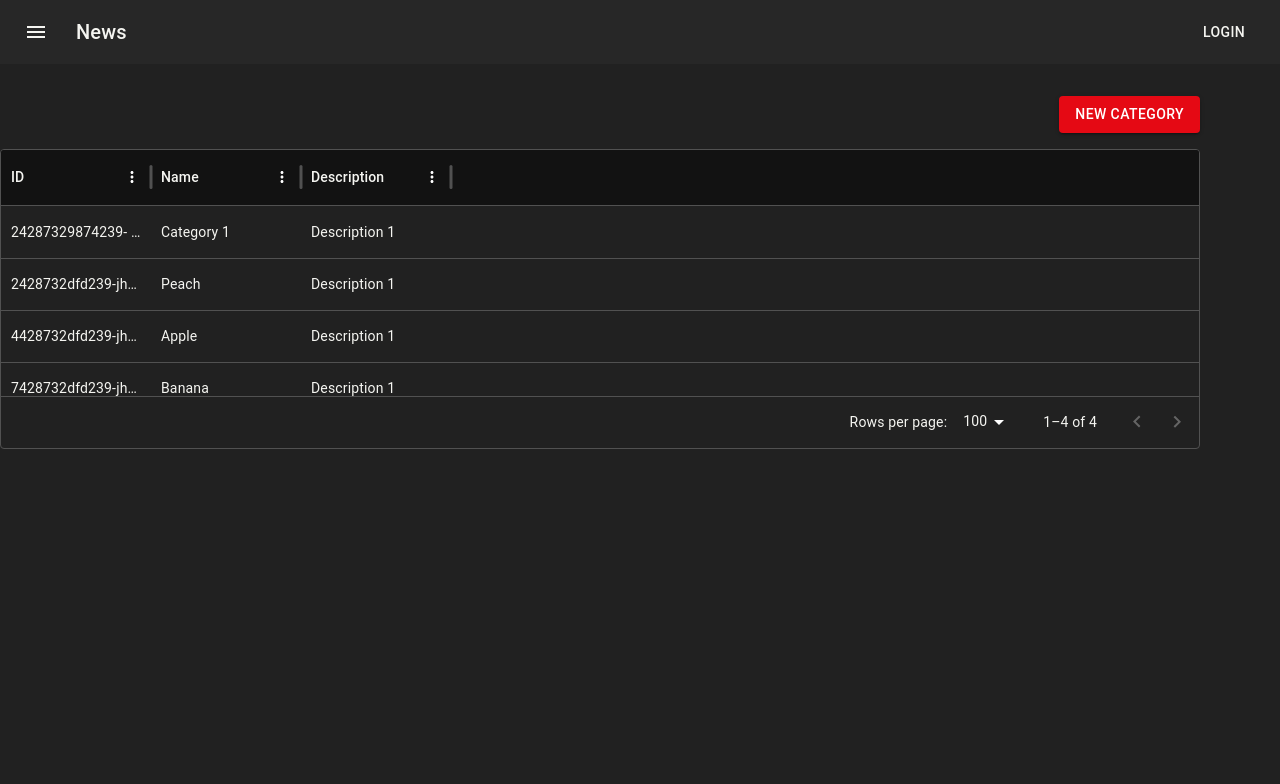
Repository: brunogyn88/codeflix-frontend
Page: /
These files come from the project's save history. The page is drawn as it stood at one moment and after the next save; the edit follows.
The browser window is 1280 px wide. The pictures show the whole page.
The project was rebuilt for these pictures with package versions that can differ from the ones it lists, and the page was loaded fresh each time. The framework's server and built-in components were replaced by stand-ins that run in the browser. Also part of the build but not shown: next.config.mjs.

Above is the page before, as saved 2023-08-30 22:19:48.

After the next save:
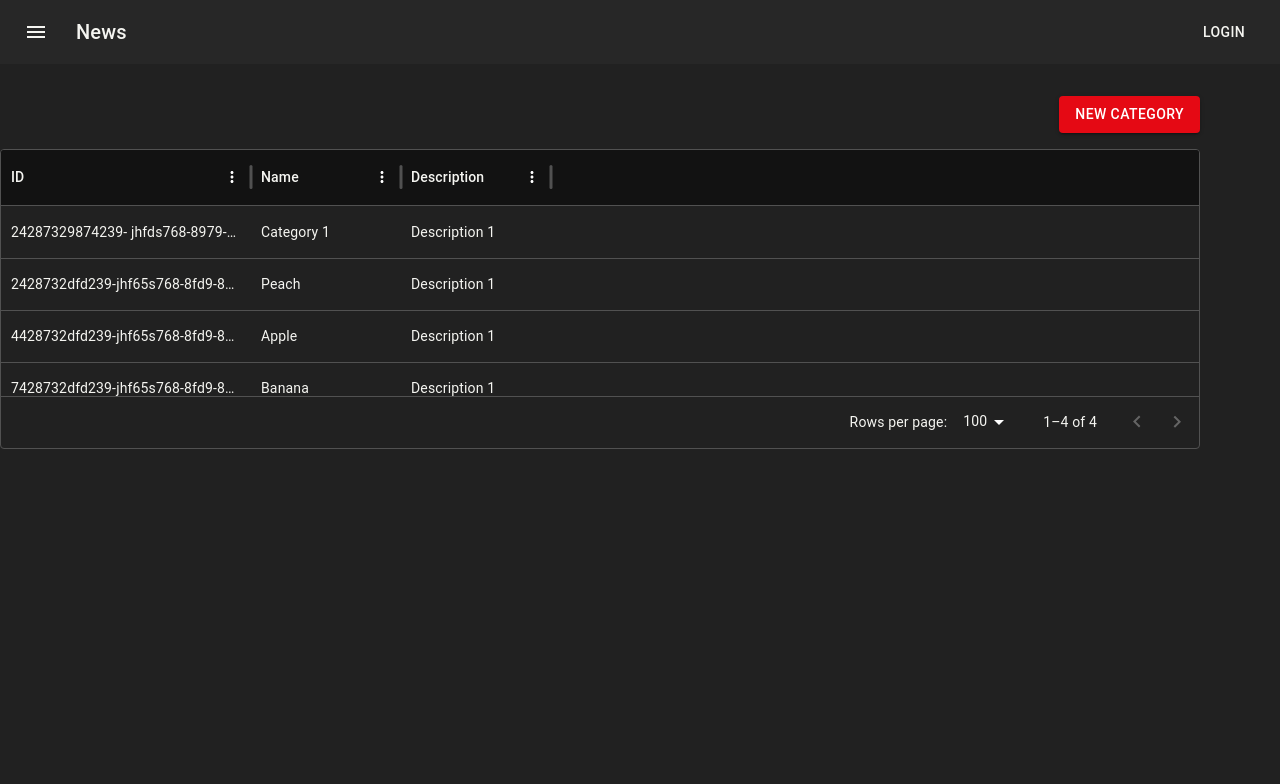
Saved 9 s later.
--- a/app/categories/page.tsx
+++ b/app/categories/page.tsx
@@ -14,7 +14,7 @@ export default function CategoryList() {
   }));
 
   const columns: GridColDef[] = [
-    { field: "id", headerName: "ID", width: 150 },
+    { field: "id", headerName: "ID", width: 250 },
     { field: "name", headerName: "Name", width: 150 },
     { field: "description", headerName: "Description", width: 150 },
   ];
